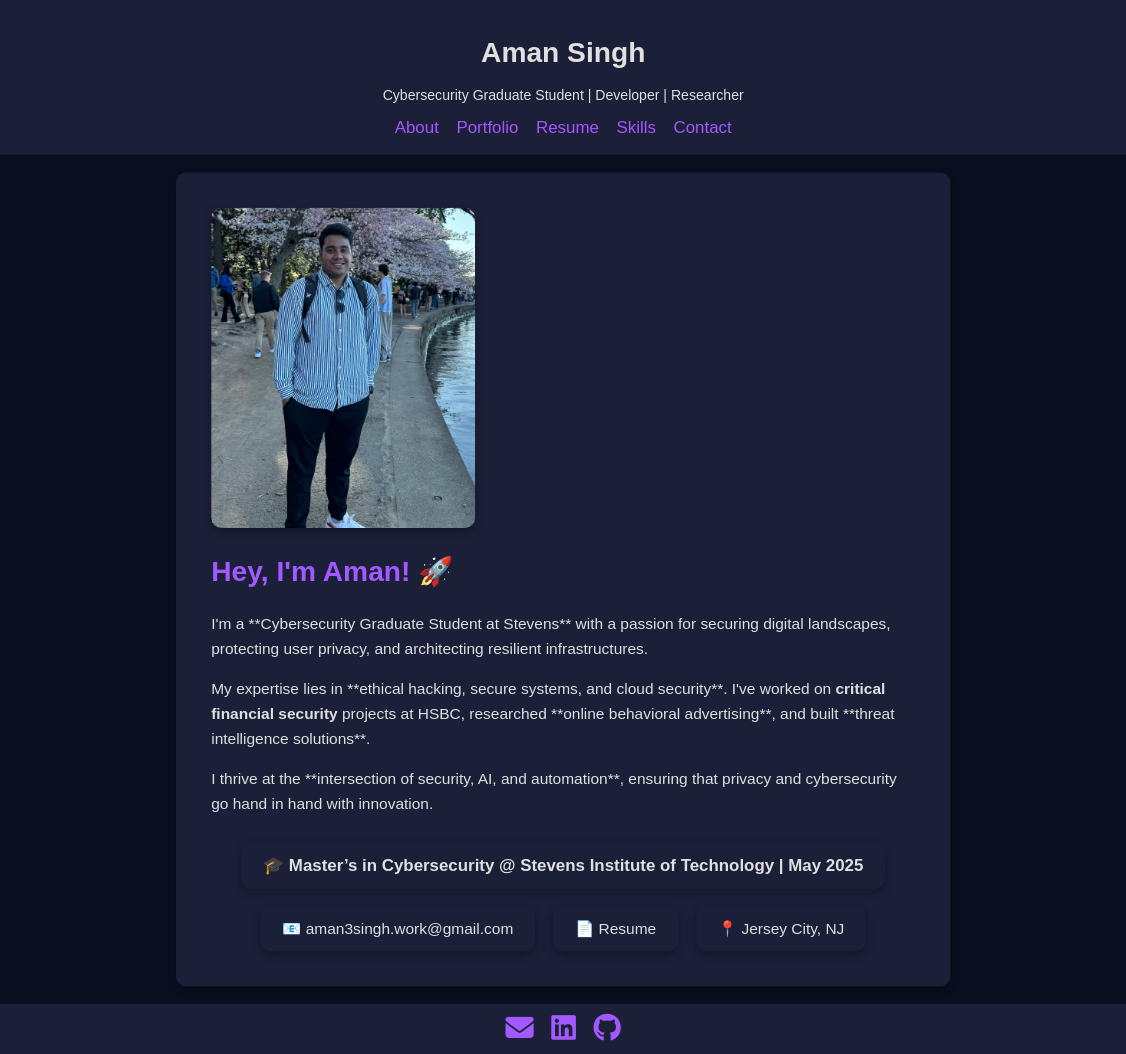
Repository: aman3singh/portfolio
Page: index.html
These files come from the project's save history. The page is drawn as it stood at one moment and after the next save; the edit follows.
The browser window is 1280 px wide. The pictures show the whole page, at 88% of full size.

Above is the page before, as saved 2025-02-11 21:59:12.

After the next save:
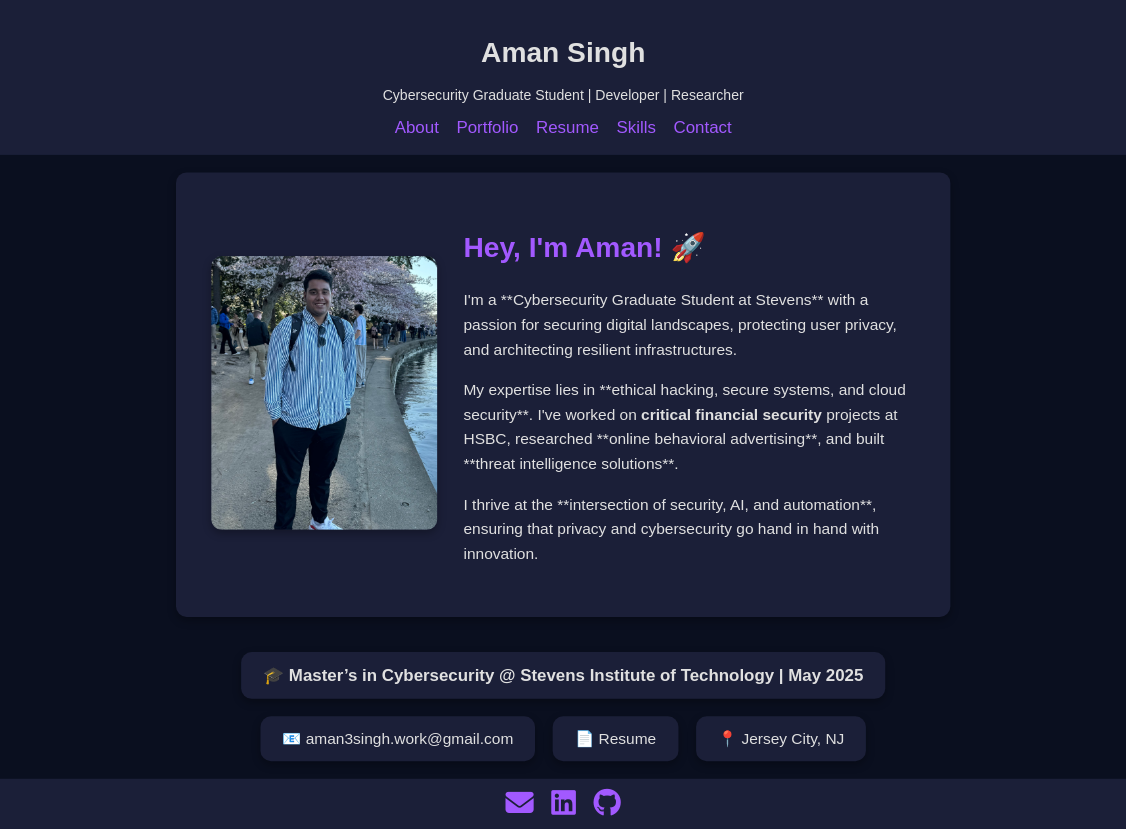
Saved 2 min 53 s later.
--- a/index.html
+++ b/index.html
@@ -21,9 +21,9 @@
     </header>
 
     <section id="about" style="display: flex; align-items: center; gap: 30px; padding: 40px;">
-        <div style="flex: 1;">
+        <div style="flex: 1; text-align: center;">
             <img src="Aman.jpg" alt="Aman Singh" style="width: 100%; max-width: 300px; border-radius: 12px; box-shadow: 0px 4px 10px rgba(0, 0, 0, 0.3);">
-
+        </div>
         <div style="flex: 2;">
             <h2 style="color: #A259FF;">Hey, I'm Aman! 🚀</h2>
             <p>
@@ -36,23 +36,24 @@
                 I thrive at the **intersection of security, AI, and automation**, ensuring that privacy and cybersecurity go hand in hand with innovation.
             </p>
         </div>
-        <div style="margin-top: 30px; display: flex; flex-direction: column; align-items: center; gap: 20px;">
-            <div style="background-color: #1B1F38; padding: 15px 25px; border-radius: 12px; font-size: 1.2em; box-shadow: 0px 4px 10px rgba(0, 0, 0, 0.3);">
-                🎓 <b>Master’s in Cybersecurity @ Stevens Institute of Technology | May 2025</b>
+    </section>
+
+    <div style="display: flex; flex-direction: column; align-items: center; text-align: center; gap: 20px; padding: 20px;">
+        <div style="background-color: #1B1F38; padding: 15px 25px; border-radius: 12px; font-size: 1.2em; box-shadow: 0px 4px 10px rgba(0, 0, 0, 0.3);">
+            🎓 <b>Master’s in Cybersecurity @ Stevens Institute of Technology | May 2025</b>
+        </div>
+        <div style="display: flex; gap: 20px;">
+            <div style="background-color: #1B1F38; padding: 15px 25px; border-radius: 12px; font-size: 1.1em; box-shadow: 0px 4px 10px rgba(0, 0, 0, 0.3);">
+                📧 <a href="mailto:aman3singh.work@gmail.com" style="color: #E0E0E0; text-decoration: none;">aman3singh.work@gmail.com</a>
             </div>
-            <div style="display: flex; gap: 20px;">
-                <div style="background-color: #1B1F38; padding: 15px 25px; border-radius: 12px; font-size: 1.1em; box-shadow: 0px 4px 10px rgba(0, 0, 0, 0.3);">
-                    📧 <a href="mailto:aman3singh.work@gmail.com" style="color: #E0E0E0; text-decoration: none;">aman3singh.work@gmail.com</a>
-                </div>
-                <div style="background-color: #1B1F38; padding: 15px 25px; border-radius: 12px; font-size: 1.1em; box-shadow: 0px 4px 10px rgba(0, 0, 0, 0.3);">
-                    📄 <a href="resume.html" style="color: #E0E0E0; text-decoration: none;">Resume</a>
-                </div>
-                <div style="background-color: #1B1F38; padding: 15px 25px; border-radius: 12px; font-size: 1.1em; box-shadow: 0px 4px 10px rgba(0, 0, 0, 0.3);">
-                    📍 Jersey City, NJ
-                </div>
+            <div style="background-color: #1B1F38; padding: 15px 25px; border-radius: 12px; font-size: 1.1em; box-shadow: 0px 4px 10px rgba(0, 0, 0, 0.3);">
+                📄 <a href="resume.html" style="color: #E0E0E0; text-decoration: none;">Resume</a>
+            </div>
+            <div style="background-color: #1B1F38; padding: 15px 25px; border-radius: 12px; font-size: 1.1em; box-shadow: 0px 4px 10px rgba(0, 0, 0, 0.3);">
+                📍 Jersey City, NJ
             </div>
         </div>
-    </section>
+    </div>
 
 
     <footer>
